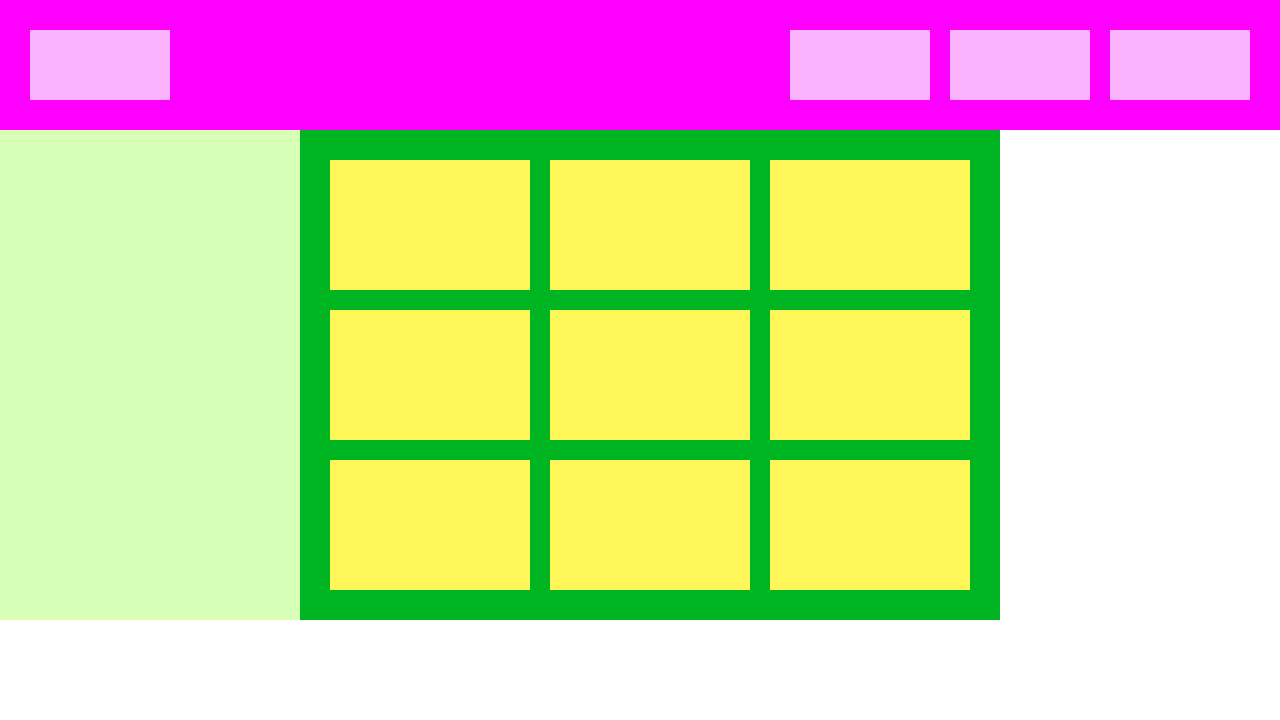
Repository: nosuyuki1002/git-practice2
Page: flex/flex.html
The author's editor kept a record of every edit. The page is drawn from the files as they stood at one moment, then again after the next edit.
The browser window is 1280 px wide. The pictures show the whole page.

Above is the page before.

### flex/flex.html
<!DOCTYPE html>
<html lang="ja">
  <head>
    <meta charset="UTF-8" />
    <link rel="stylesheet" href="style.css" />
    <title>flexbox</title>
  </head>

  <body>
    <div class="header">
      <div></div>
      <div></div>
      <div></div>
      <div></div>
    </div>

    <div class="main">
      <div class="sidebar"></div>
      <div class="content">
        <div></div>
        <div></div>
        <div></div>
        <div></div>
        <div></div>
        <div></div>
        <div></div>
        <div></div>
        <div></div>
      </div>
    </div>
  </body>
</html>

### flex/style.css
* {
  margin: 0;
  padding: 0;
  box-sizing: border-box;
}

.header {
  background-color: #ff00ff;
  display: flex;
  justify-content: flex-end;
  padding: 30px 20px;
}

.header > div {
  background-color: #fbb3ff;
  flex-basis: 140px;
  height: 70px;
  margin: 0 10px;
}

.header > :first-child {
  margin-right: auto;
}

.main {
  display: flex;
  justify: center;
}

.sidebar {
  background-color: #d8ffb6;
  width: 300px;
}

.content {
  background-color: #00b522;
  padding: 20px;
  flex-grow: 1;
  display: flex;
  flex-wrap: wrap;
  justify-content: center;
  max-width: 700px;
}

.content > div {
  flex-basis: 200px;
  height: 130px;
  margin: 10px;
  background-color: #fff75a;
}

.footer {
  background-color: #52a1ff;
  padding: 20px;
  display: flex;
  flex-wrap: wrap;
  justify-content: center;
}

.footer > div {
  background-color: #b6e7ff;
  flex-basis: 45%;
  height: 40px;
  margin: 10px;
}

After the next edit:
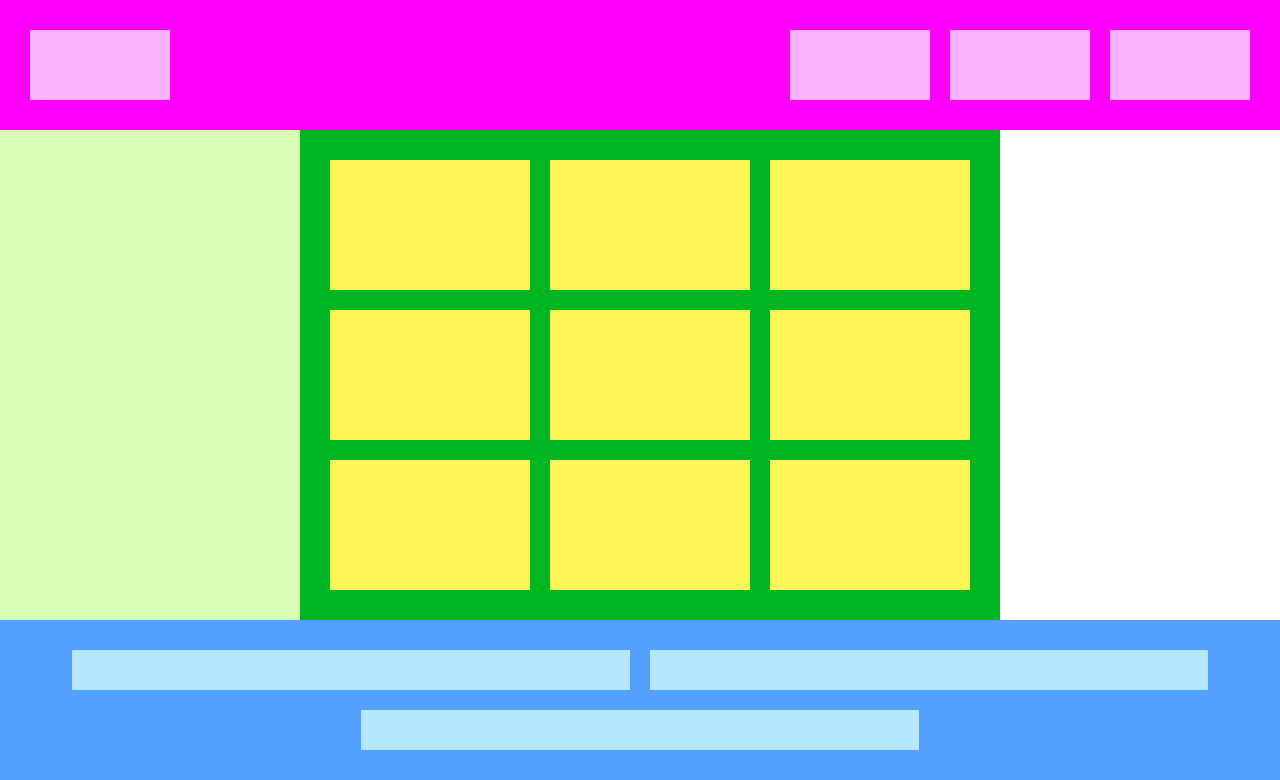
The edit:
--- a/flex/flex.html
+++ b/flex/flex.html
@@ -28,5 +28,11 @@
         <div></div>
       </div>
     </div>
+
+    <div class="footer">
+      <div></div>
+      <div></div>
+      <div></div>
+    </div>
   </body>
 </html>
